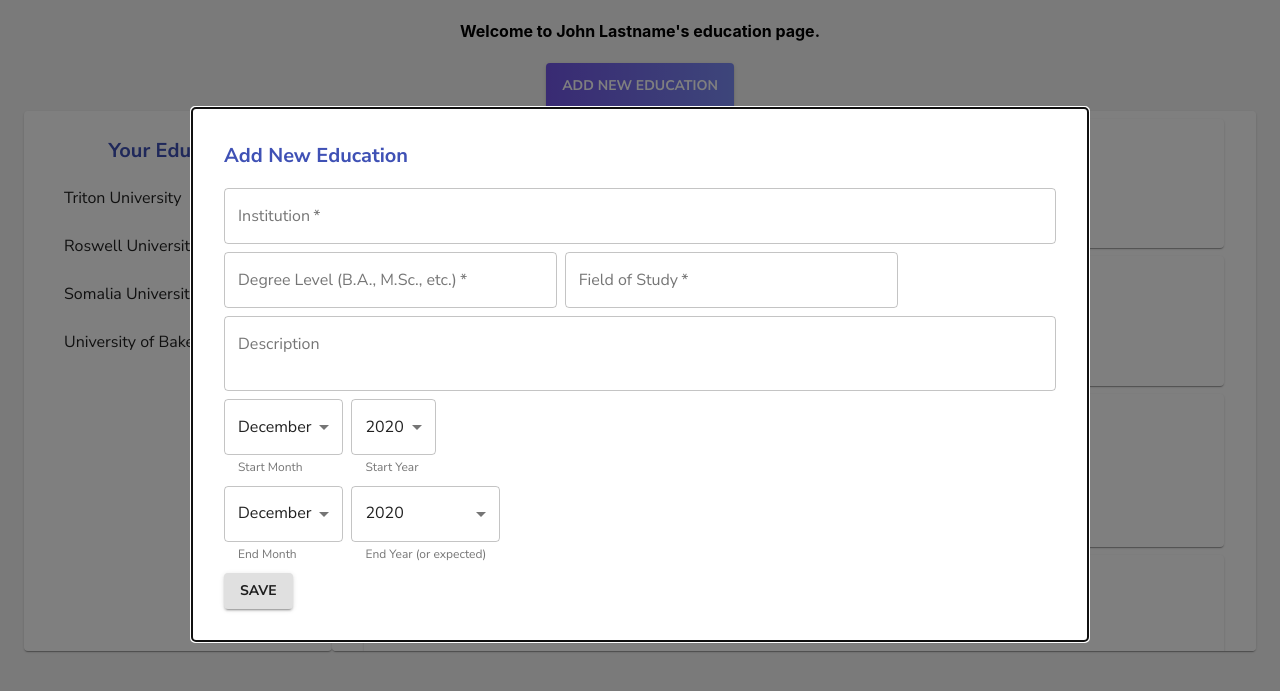
Repository: noellered/Showwcase-React-Challenge
Page: / (app in showwcase-education-react/), after clicking the first element matching `button.MuiButtonBase-root`
An editor plug-in stored every save of this project. The page is shown before and after the next save, followed by the edit.
The browser window is 1280 px wide. The pictures show the whole page.
The page's requests for data from a server got no answer. An inner scrolling area shows only its first screen. The project was rebuilt for these pictures with package versions that can differ from the ones it lists, and the page was loaded fresh each time. No one was signed in, and anything a server would have sent is missing. Also part of the build but not shown: showwcase-education-react/src/components/Home.tsx.

Above is the page before, as saved 2020-12-17 17:28:24.

### showwcase-education-react/public/index.html
<!DOCTYPE html>
<html lang="en">
  <head>
    <meta charset="utf-8" />
    <link rel="icon" href="%PUBLIC_URL%/favicon.ico" />
    <link rel="preconnect" href="https://fonts.gstatic.com">
    <link href="https://fonts.googleapis.com/css2?family=Nunito+Sans:ital,wght@0,400;0,700;1,400&display=swap" rel="stylesheet">


    <meta name="viewport" content="width=device-width, initial-scale=1" />
    <meta name="theme-color" content="#000000" />
    <meta
      name="description"
      content="Web site created using create-react-app"
    />
    <link rel="apple-touch-icon" href="%PUBLIC_URL%/logo192.png" />
    <!--
      manifest.json provides metadata used when your web app is installed on a
      user's mobile device or desktop. See https://developers.google.com/web/fundamentals/web-app-manifest/
    -->
    <link rel="manifest" href="%PUBLIC_URL%/manifest.json" />
    <!--
      Notice the use of %PUBLIC_URL% in the tags above.
      It will be replaced with the URL of the `public` folder during the build.
      Only files inside the `public` folder can be referenced from the HTML.

      Unlike "/favicon.ico" or "favicon.ico", "%PUBLIC_URL%/favicon.ico" will
      work correctly both with client-side routing and a non-root public URL.
      Learn how to configure a non-root public URL by running `npm run build`.
    -->
    <title>React App</title>
  </head>
  <body>
    <noscript>You need to enable JavaScript to run this app.</noscript>
    <div id="root"></div>
    <!--
      This HTML file is a template.
      If you open it directly in the browser, you will see an empty page.

      You can add webfonts, meta tags, or analytics to this file.
      The build step will place the bundled scripts into the <body> tag.

      To begin the development, run `npm start` or `yarn start`.
      To create a production bundle, use `npm run build` or `yarn build`.
    -->
  </body>
</html>

### showwcase-education-react/src/index.css
body {
  margin: 0;
  background: #F5F5F5;
  font-family: -apple-system, BlinkMacSystemFont, 'Segoe UI', 'Roboto', 'Oxygen',
    'Ubuntu', 'Cantarell', 'Fira Sans', 'Droid Sans', 'Helvetica Neue',
    sans-serif;
  -webkit-font-smoothing: antialiased;
  -moz-osx-font-smoothing: grayscale;
}

code {
  font-family: source-code-pro, Menlo, Monaco, Consolas, 'Courier New',
    monospace;
}

### showwcase-education-react/src/App.tsx
import React, {useState} from 'react';
import Home from './components/Home';
import Main from './components/Main';
import { MuiThemeProvider, createMuiTheme } from '@material-ui/core/styles';
import './App.css';

function App() {
  const theme = createMuiTheme({
    typography: {
        fontFamily: [
            'Nunito Sans',
            'sans-serif'
        ].join(','),
        h6: {
          fontWeight: 600
        },
        body1: {
          fontWeight: 400
        },
        subtitle1: {
          fontStyle: 'italic'
        },
        button: {
          fontWeight: 600
        }
    },
  })
  const [name, setName] = useState('John Lastname')

  return (
    <MuiThemeProvider theme={theme}>
      <div className="App">
        { name ? <Main name={name} /> : <Home setName={setName} /> }
      </div>
    </MuiThemeProvider>

  );
}

export default App;

### showwcase-education-react/src/components/Main.tsx
import React, {FunctionComponent, useState} from 'react';
import EducationSidebar from './education/EducationSidebar';
import EducationList from './education/EducationList';
import EducationModalContent from './education/EducationModalContent';
import Modal from '@material-ui/core/Modal';
import Backdrop from '@material-ui/core/Backdrop';
import Fade from '@material-ui/core/Fade';
import Paper from '@material-ui/core/Paper';
import Grid from '@material-ui/core/Grid';
import Container from '@material-ui/core/Container';
import Button from '@material-ui/core/Button';
import { pageStyles } from './pageStyles';

const Main:FunctionComponent<{name: string}> = ({name}) => {
    const classes = pageStyles();
    const [open, setOpen] = useState<boolean>(false);
    const [education, setEducation] = useState<object[]>([
        {
            degree: "MFA.",
            description: "",
            end: {month: 11, year: 2020},
            fieldOfStudy: "Being Cool",
            institution: "Triton University",
            start: {month: 11, year: 2020}
        },
        {
            degree: "M.Sc.",
            description: "",
            end: {month: 11, year: 2020},
            fieldOfStudy: "Biology of Aliens",
            institution: "Roswell University",
            start: {month: 11, year: 2020}
        },
        {
            degree: "B.S.",
            description: "I learned things, and stuff. Then I learned how to be a pirate. Arrrr, matey.",
            end: {month: 11, year: 2020},
            fieldOfStudy: "Pirate Studies",
            institution: "Somalia University",
            start: {month: 11, year: 2020}
        },
        {
            degree: "B.A.",
            description: "",
            end: {month: 11, year: 2020},
            fieldOfStudy: "Home Economics",
            institution: "University of Bakersfield",
            start: {month: 11, year: 2020}
        },
    ]);


    //Modal handlers

    const handleOpen = () => {
        setOpen(true);
    }

    const handleClose = () => {
        setOpen(false);
    }

    const handleEducationUpdate = (newEducation) => {
        setEducation(education => [newEducation, ...education]) //prepend new education item to education list
        handleClose();
    }

    return(
        <Container>
            <h4>Welcome to {name}'s education page.</h4>
            <Button
                className={classes.button}
                variant="contained"
                color="primary"
                type="button"
                onClick={handleOpen}
                >
                Add New Education
            </Button>
            <Grid container className={classes.container}>
                <Grid item xs={12} lg={3}>
                    <Paper className={classes.paper}>
                        <EducationSidebar list={education}/>
                    </Paper>
                </Grid>
                <Grid item xs={12} lg={9}>
                    <Paper className={classes.paper}>
                        <EducationList list={education}/>
                    </Paper>
                </Grid>
            </Grid>
            <Modal
                className={classes.modal}
                aria-labelledby="add-education"
                aria-describedby="add-education-modal"
                open={open}
                onClose={handleClose}
                closeAfterTransition
                BackdropComponent={Backdrop}
                BackdropProps={{
                timeout: 300,
                }}>
                <Fade in={open}>
                    <Paper>
                        <EducationModalContent handleUpdate={handleEducationUpdate}/>
                    </Paper>
                </Fade>
            </Modal>
        </Container>
    )
}

export default Main;

### showwcase-education-react/src/components/pageStyles.tsx
import { makeStyles } from '@material-ui/core/styles';

export const pageStyles = makeStyles({
    modal: {
        maxWidth: '70%',
        margin: 'auto',
        height: '70vh'
    },
    button: {
        backgroundImage: 'linear-gradient(90deg, rgba(114,86,231,1) 0%, rgba(123,139,245,1) 100%)',
        borderColor: '#0063cc',
        borderRadius: 3,
        color: 'white',
        height: 48,
        padding: '0 30px',
        '&:hover': {
            backgroundImage: 'linear-gradient(90deg, rgba(81,53,196,1) 0%, rgba(91,110,238,1) 100%)',
            borderColor: '#0062cc',
          },
    },
    container: {
        display: 'flex',
        justifyContent: 'space-between'
    },
    paper: {
        height: '75vh',
        overflow: 'auto',
    },
    sideBar: {
        marginRight: '2rem',
    }
})

### showwcase-education-react/src/components/education/EducationSidebar.tsx
import React, { FunctionComponent } from 'react';
import List from '@material-ui/core/List';
import ListItem from '@material-ui/core/ListItem';
import ListItemText from '@material-ui/core/ListItemText';
import Typography from '@material-ui/core/Typography';
import { useStyles } from './styles'

const EducationSidebar:FunctionComponent<{list: object[]}> = ({ list }) => {
    const classes = useStyles();
    return(
        <List className={classes.list}>
            <Typography variant="h6" color="primary" gutterBottom>Your Education</Typography>
            { list.length > 0 ? list.map((item) =>
            <div>
                <ListItem className={classes.listItem} button>
                    <ListItemText >{item['institution']}</ListItemText>
                </ListItem>
            </div>
            )
            : <div>No education to display</div> }
        </List>
    )
}
export default EducationSidebar;

### showwcase-education-react/src/components/education/EducationList.tsx
import React, { FunctionComponent } from 'react';
import Card from '@material-ui/core/Card';
import { useStyles } from './styles';
import Typography from '@material-ui/core/Typography';
import Container from '@material-ui/core/Container';

const EducationList:FunctionComponent<{list: object[]}> = ({ list }) => {
    const classes = useStyles();
    return(
        <Container>
            { list.length > 0 ? list.map((item) =>
            <Card className={classes.educationCard}>
                <Typography align="justify" variant="h6" color="textPrimary">
                    {item['degree']} {item['fieldOfStudy']} - {item['institution']}
                </Typography>
                <Typography variant="subtitle1" align="justify" color="textSecondary" gutterBottom>
                January {item['start']['year']} - December {item['end']['year']}
                </Typography>
                <Typography variant="body1" align="justify">
                    {item['description']}
                </Typography>
            </Card>) : <div>Nothing to display</div> }
        </Container>
    )
}
export default EducationList;

### showwcase-education-react/src/components/education/EducationModalContent.tsx
import React, { FunctionComponent, useEffect, useState } from 'react';
import Autocomplete, { AutocompleteRenderGroupParams } from '@material-ui/lab/Autocomplete';
import TextField from '@material-ui/core/TextField';
import Button from '@material-ui/core/Button';
import ListSubheader from '@material-ui/core/ListSubheader';
import { useTheme } from '@material-ui/core/styles';
import useMediaQuery from '@material-ui/core/useMediaQuery';
import Typography from '@material-ui/core/Typography';
import { VariableSizeList, ListChildComponentProps } from 'react-window';
import MonthPicker from '../pickers/MonthPicker';
import YearPicker from '../pickers/YearPicker';
import { useStyles } from './styles';


//Virtualize institution list for more efficient rendering performance

const LISTBOX_PADDING = 8; // px

function renderRow(props: ListChildComponentProps) {
  const { data, index, style } = props;
  return React.cloneElement(data[index], {
    style: {
      ...style,
      top: (style.top as number) + LISTBOX_PADDING,
    },
  });
}

const OuterElementContext = React.createContext({});

const OuterElementType = React.forwardRef<HTMLDivElement>((props, ref) => {
  const outerProps = React.useContext(OuterElementContext);
  return <div ref={ref} {...props} {...outerProps} />;
});

function useResetCache(data: any) {
    const ref = React.useRef<VariableSizeList>(null);
    React.useEffect(() => {
      if (ref.current != null) {
        ref.current.resetAfterIndex(0, true);
      }
    }, [data]);
    return ref;
  }


  // React-window adapter
  const ListboxComponent = React.forwardRef<HTMLDivElement>(function ListboxComponent(props, ref) {
    const { children, ...other } = props;
    const theme = useTheme();
    const itemData = React.Children.toArray(children);
    const smUp = useMediaQuery(theme.breakpoints.up('sm'), { noSsr: true });
    const itemCount = itemData.length;
    const itemSize = smUp ? 36 : 48;

    const getChildSize = (child: React.ReactNode) => {
      if (React.isValidElement(child) && child.type === ListSubheader) {
        return 48;
      }

      return itemSize;
    };

    const getHeight = () => {
      if (itemCount > 8) {
        return 8 * itemSize;
      }
      return itemData.map(getChildSize).reduce((a, b) => a + b, 0);
    };

    const gridRef = useResetCache(itemCount);

    return (
      <div ref={ref}>
        <OuterElementContext.Provider value={other}>
          <VariableSizeList
            itemData={itemData}
            height={getHeight() + 2 * LISTBOX_PADDING}
            width="100%"
            ref={gridRef}
            outerElementType={OuterElementType}
            innerElementType="ul"
            itemSize={(index) => getChildSize(itemData[index])}
            overscanCount={5}
            itemCount={itemCount}
          >
            {renderRow}
          </VariableSizeList>
        </OuterElementContext.Provider>
      </div>
    );
  });



//Add Education Modal Content
const EducationModalContent:FunctionComponent<{handleUpdate: any}>= ({ handleUpdate }) => {
    const classes = useStyles();
    const [institutionList, setInstitutionList] = useState<string[]>([]);
    const [institution, setInstitution] = useState<string>('');
    const [degree, setDegree] = useState<string>('');
    const [description, setDescription] = useState<string>('');
    const [fieldOfStudy, setFieldOfStudy] = useState<string>('');
    const [start, setStart] = useState<{month: number, year: number}>({
        month: new Date().getMonth(),
        year: new Date().getFullYear()
    });
    const [end, setEnd] = useState({
        month: new Date().getMonth(),
        year: new Date().getFullYear()
    });



    const getInstitutions = () => {
        fetch(`http://universities.hipolabs.com/search`)
        .then((res: any) => res.json()
        .then((JSON) => setInstitutionList(JSON.map((item)=>item['name']))));
    }

    // Get institutions list on component mount
    useEffect( () => {
        getInstitutions()
    }, []);



    const renderGroup = (params: AutocompleteRenderGroupParams) => [
        <ListSubheader key={params.key} component="div">
          {params.group}
        </ListSubheader>,
        params.children,
    ];


    const handleSubmit = (e: any) => {
        e.preventDefault();
        const newEducation = { institution, fieldOfStudy, degree, start, end, description }
        return handleUpdate(newEducation);
    }

    const handleInputChange = (e: React.ChangeEvent<{}>, value: string) => {
        setInstitution(value)
    }



    return(
        <div className={classes.modalContent}>
            <Typography variant="h6" color="primary">Add New Education</Typography>
            <form onSubmit={handleSubmit}>
                <Autocomplete
                id="institutions-list"
                options={institutionList}
                freeSolo
                renderGroup={renderGroup}
                renderInput={(params)=>(
                    <TextField {...params} label="Institution" margin="normal" variant="outlined" required/>
                )}
                renderOption={(option) => <p>{option}</p>}
                ListboxComponent={ListboxComponent as React.ComponentType<React.HTMLAttributes<HTMLElement>>}
                disableListWrap
                autoSelect={true}
                onInputChange={handleInputChange}
                />
                <div className={classes.inputGroup}>
                  <TextField className={`${classes.input} ${classes.mr}`} label="Degree Level (B.A., M.Sc., etc.)" variant="outlined" onChange={(e)=> setDegree(e.target.value)} required/>
                  <TextField className={classes.input} label="Field of Study" variant="outlined" onChange={(e)=> setFieldOfStudy(e.target.value)} required/>
                </div>
                <TextField className={classes.input} multiline fullWidth rows={2} variant="outlined" label="Description" onChange={(e)=> setDescription(e.target.value)}/>
                <div className={classes.inputGroup}>
                    <MonthPicker className={`${classes.input} ${classes.mr}`} label="Start Month" id="startMonth" onChange={(e)=> setStart({...start, month: e.target.value})}/>
                    <YearPicker className={`${classes.input} ${classes.mr}`} label="Start Year" id="startYear" onChange={(e)=> setStart({...start, year: e.target.value})}/>
                </div>
                <div className={classes.inputGroup}>
                    <MonthPicker className={`${classes.input} ${classes.mr}`} label="End Month" id="endMonth" onChange={(e)=> setEnd({...end, month: e.target.value})}/>
                    <YearPicker className={`${classes.input} ${classes.mr}`} label="End Year (or expected)" id="endYear" onChange={(e)=> setEnd({...end, year: e.target.value})}/>
                </div>
                <Button variant="contained" type="submit" >Save</Button>
            </form>
        </div>
    )
}
export default EducationModalContent;

### showwcase-education-react/src/components/education/styles.tsx
import { makeStyles } from '@material-ui/core/styles';

export const useStyles = makeStyles({
    educationCard: {
        padding: '2rem',
        margin: '.5rem'
    },
    list: {
        padding: '1.5rem',
    },

    modalContent: {
        padding: '2rem',
    },
    listItem: {
        '&:active': {
            fontWeight: 600,
        }
    },
    input: {
        minWidth: '40%',
        marginBottom: '.5rem'
    },
    inputGroup: {
        display: 'flex',
        flexDirection: 'row',
        minWidth: '100%'
    },
    mr: {
        marginRight: '.5rem'
    }
})

### showwcase-education-react/src/components/pickers/MonthPicker.tsx
import React, { FunctionComponent, useState } from 'react';
import InputLabel from '@material-ui/core/InputLabel';
import MenuItem from '@material-ui/core/MenuItem';
import FormControl from '@material-ui/core/FormControl';
import TextField from '@material-ui/core/TextField';

interface MonthPickerProps {
    label?: string;
    id?: string;
    onChange?: any;
    className?: string;
}

const months = [
    { id: 0, name: 'January' },
    { id: 1, name: 'February' },
    { id: 2, name: 'March' },
    { id: 3, name: 'April' },
    { id: 4, name: 'May' },
    { id: 5, name: 'June' },
    { id: 6, name: 'July' },
    { id: 7, name: 'August' },
    { id: 8, name: 'September' },
    { id: 9, name: 'October' },
    { id: 10, name: 'November' },
    { id: 11, name: 'December' },
];

const MonthPicker:FunctionComponent<MonthPickerProps> = ({ label, id, className }) => {
    const [month, setMonth] = useState(new Date().getMonth())

   const handleChange = (e: any) => {
        e.preventDefault();
        setMonth(e.target.value);
   }

    return (
        <div>
            <FormControl>
                <TextField select helperText={label} id={id} value={month} onChange={handleChange} className={className} variant="outlined" required>
                { months.map((month) => <MenuItem value={month.id}>{month.name}</MenuItem>)}
                </TextField>
            </FormControl>
        </div>
    )
}

export default MonthPicker;

### showwcase-education-react/src/components/pickers/YearPicker.tsx
import React, { FunctionComponent, useState } from 'react';
import MenuItem from '@material-ui/core/MenuItem';
import FormControl from '@material-ui/core/FormControl';
import TextField from '@material-ui/core/TextField';

interface YearPickerProps {
    label?: string;
    id?: string;
    onChange?: any;
    className?: string;
}

const years:number[] = []

//Create year list
for(let y = (new Date().getFullYear() + 10); y >= 1950; y--){
    years.push(y)
}

const YearPicker:FunctionComponent<YearPickerProps> = React.memo(({ label, id, className }) => {
    const [year, setYear] = useState(new Date().getFullYear())

   const handleChange = (e: any) => {
        e.preventDefault();
        setYear(e.target.value);
   }

    return (
        <div>
            <FormControl>
                <TextField select  helperText={label} id={id} value={year} onChange={handleChange} className={className} variant="outlined" required>
                { years.map((year) => <MenuItem value={year}>{year}</MenuItem>)}
                </TextField>
            </FormControl>
        </div>
    )
})

export default YearPicker;

Loaded but not shown: showwcase-education-react/src/index.tsx (common file); showwcase-education-react/src/reportWebVitals.ts (common file); showwcase-education-react/src/App.css (common file)

After the next save:
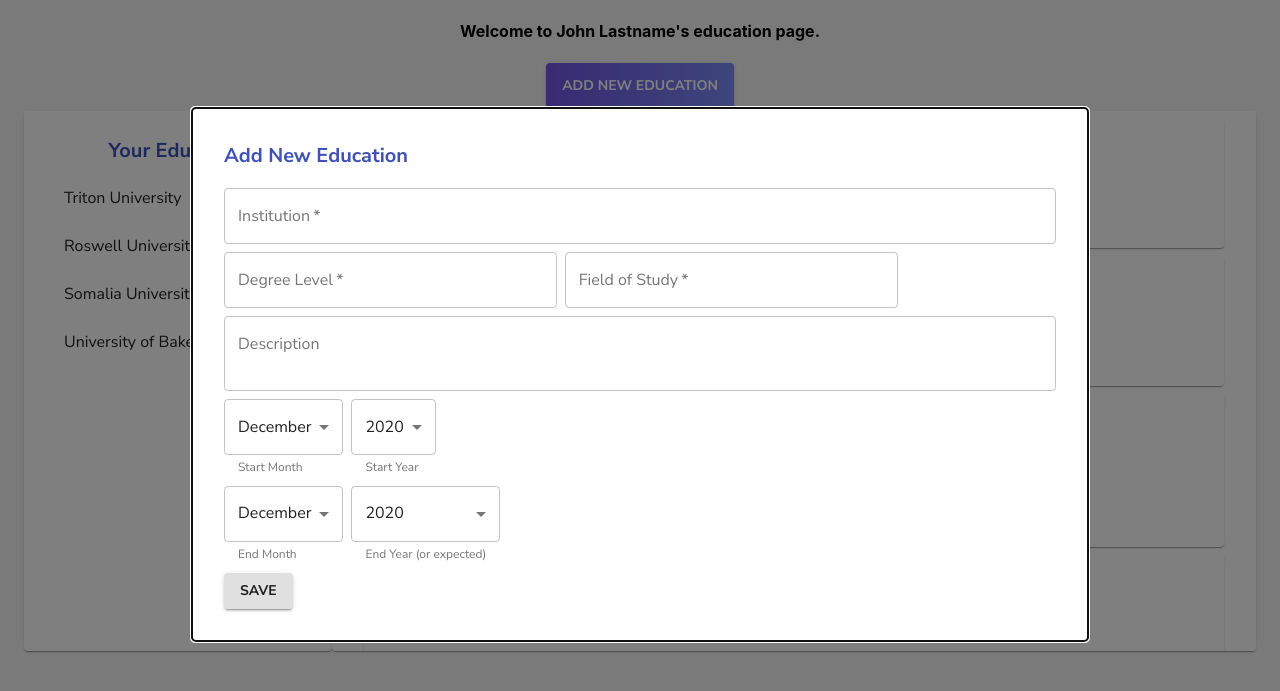
Saved 2 min 22 s later.
--- a/showwcase-education-react/src/components/education/EducationModalContent.tsx
+++ b/showwcase-education-react/src/components/education/EducationModalContent.tsx
@@ -164,7 +164,7 @@ const EducationModalContent:FunctionComponent<{handleUpdate: any}>= ({ handleUpd
                 onInputChange={handleInputChange}
                 />
                 <div className={classes.inputGroup}>
-                  <TextField className={`${classes.input} ${classes.mr}`} label="Degree Level (B.A., M.Sc., etc.)" variant="outlined" onChange={(e)=> setDegree(e.target.value)} required/>
+                  <TextField className={`${classes.input} ${classes.mr}`} label="Degree Level" variant="outlined" onChange={(e)=> setDegree(e.target.value)} required/>
                   <TextField className={classes.input} label="Field of Study" variant="outlined" onChange={(e)=> setFieldOfStudy(e.target.value)} required/>
                 </div>
                 <TextField className={classes.input} multiline fullWidth rows={2} variant="outlined" label="Description" onChange={(e)=> setDescription(e.target.value)}/>
